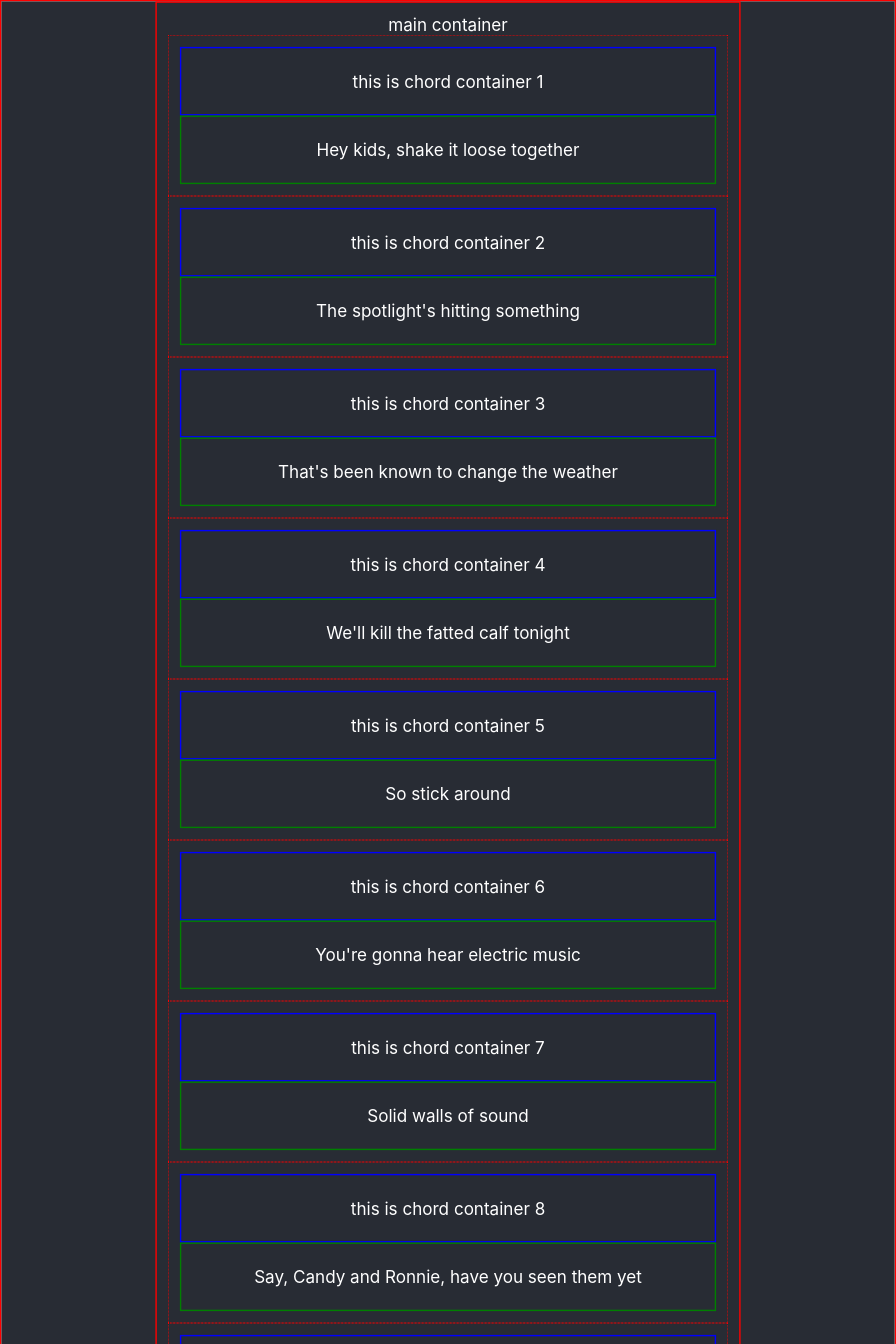
Repository: mattnoth/easy-nash-tab
Page: /
These files come from the project's save history. The page is drawn as it stood at one moment and after the next save; the edit follows.
The browser window is 1280 px wide. The pictures show the part of the page from y = 0 to 1920 px (the page is 10190 px tall before and 10020 px after), at 70% of full size.
The project was rebuilt for these pictures with package versions that can differ from the ones it lists, and the page was loaded fresh each time.

Above is the page before, as saved 2022-08-07 14:19:18.

### src/App.js
import './App.css';
import MainContainerLogic from './components/MainContainers/MainContainerLogic.js';

function App() {
  return (
    <div className="App">
      <header className="App-header">
        <MainContainerLogic />
      </header>
    </div>
  );
}

export default App;

### src/App.css
.App {
  text-align: center;
  border: 2px solid red;
}

.App-logo {
  height: 40vmin;
  pointer-events: none;
}


.App-header {
  background-color: #282c34;
  min-height: 100vh;
  display: flex;
  flex-direction: column;
  align-items: center;
  justify-content: center;
  font-size: calc(10px + 2vmin);
  color: white;
}

### src/components/MainContainers/MainContainerLogic.js
import { useState } from "react";
import React from 'react';
import { bennieAndTheJets } from '../../data/BennieAndTheJets'
import Main from '../MainContainers/Main.js'
import './mainContainerStyles.css'


function MainContainerLogic(props) {

    const [fullLyricString, setFullLyricsString] = useState('')
    const [lyricArray, setLyricArray] = useState([])
    const [currentLine, setCurrentLine] = useState([]);

    const splitLyrics = (lyrics) => {
        const arr = lyrics.split(/\r?\n/);
        setLyricArray(arr);
    }

    const createObject = (lyrics) => {
        let obj = {};
        let arr = [];

        for (let i = 0; i < lyrics.length; i++) {
            obj = {
                lyric: lyrics[i],
                currentId: i
            }
            arr.push(obj)
        }
        return arr;
    }

    if (fullLyricString == '') {
        setFullLyricsString(bennieAndTheJets);
    }

    if (fullLyricString && lyricArray.length === 0) {
        splitLyrics(fullLyricString);
    }

    let tempLyrics;

    if (lyricArray.length > 0) {
        if (lyricArray[0]) {
            return;
        } else {
            tempLyrics = createObject(lyricArray);

        }
    }

    if (tempLyrics) {
        tempLyrics.map((line) => {
            currentLine.push(line);
        })
    }

    return (
        <>
            <div className="mainContainer">
                main container
                {
                    currentLine.map((line) => {
                        if (line?.currentId === 0) {
                            return
                        } else {
                            return (
                                <div className="oneLine" key={"div " + line?.currentId}>
                                    <Main
                                        line={line}
                                        key={"main " + line?.currentId}
                                    />
                                </div>

                            )
                        }
                    })
                }
            </div>
        </>
    );
}

export default MainContainerLogic;

### src/data/BennieAndTheJets.js
export const bennieAndTheJets = `
Hey kids, shake it loose together
The spotlight's hitting something
That's been known to change the weather
We'll kill the fatted calf tonight
So stick around
You're gonna hear electric music
Solid walls of sound
Say, Candy and Ronnie, have you seen them yet
Ohh, but they're so spaced out, B-b-b-b Bennie and the Jets
Oh but they're weird and they're wonderful
Oh Bennie she's really keen
She's got electric boots a mohair suit
You know I read it in a magazine
Oh oh, B - b - b - b Bennie and the Jets
Bennie, Bennie and the Jets
Hey kids, plug into the faithless
Maybe they're blinded
But Bennie makes them ageless
We shall survive, let us take ourselves along
Where we fight our parents out in the streets
To find who's right and who's wrong
Say, Candy and Ronnie, have you seen them yet
Ohh, but they're so spaced out, B-b-b-b Bennie and the Jets
Oh but they're weird and they're wonderful
Oh Bennie she's really keen
She's got electric boots a mohair suit
You know I read it in a magazine
Oh oh, B - b - b - b Bennie and the Jets
Bennie, Bennie and the Jets
Hey kids, plug into the faithless
Maybe they're blinded
But Bennie makes them ageless
We shall survive, let us take ourselves along
Where we fight our parents out in the streets
To find who's right and who's wrong
Say, Candy and Ronnie, have you seen them yet
Ohh, but they're so spaced out, B-b-b-b Bennie and the Jets
Oh but they're weird and they're wonderful
Oh Bennie she's really keen
She's got electric boots a mohair suit
You know I read it in a magazine
Oh oh, B - b - b - b Bennie and the Jets
Bennie, Bennie, Bennie, Bennie and the Jets
Bennie and the Jets`

### src/components/MainContainers/Main.js
import React from 'react';
import ChordContainer from '../ChordContainer/ChordContainer.js';
import LyricContainer from '../LyricContainer/LyricContainer.js'
import './mainContainerStyles.css'

function Main({ line }) {
    return (
        <>
            <ChordContainer
                line={line}

            />
            <LyricContainer
                line={line} />
        </>
    );
}

export default Main;

### src/components/MainContainers/mainContainerStyles.css
.mainContainer {
    padding: 1rem;
    display: flex;
    flex-direction: column;
    border: 2px solid red;
}

.oneLine {
    border: 1px dotted red;
    padding: 1rem;
}

.chordContainer {
    border: 2px solid blue;
    padding: 2rem;
}

.lyricContainer {
    border: 2px solid green;
    padding: 2rem;
}

### src/components/ChordContainer/ChordContainer.js
import React from 'react';

function ChordContainer({ line }) {
    return (
        <div className="chordContainer">
            this is chord container {line?.currentId}
        </div>
    );
}

export default ChordContainer;

### src/components/LyricContainer/LyricContainer.js
import React from 'react';

function LyricContainer({ line }) {
    return (
        <div
            className="lyricContainer"> {line?.lyric}
        </div>
    );
}

export default LyricContainer;

Loaded but not shown: public/index.html (common file); src/index.js (common file); src/index.css (common file); src/reportWebVitals.js (common file)

After the next save:
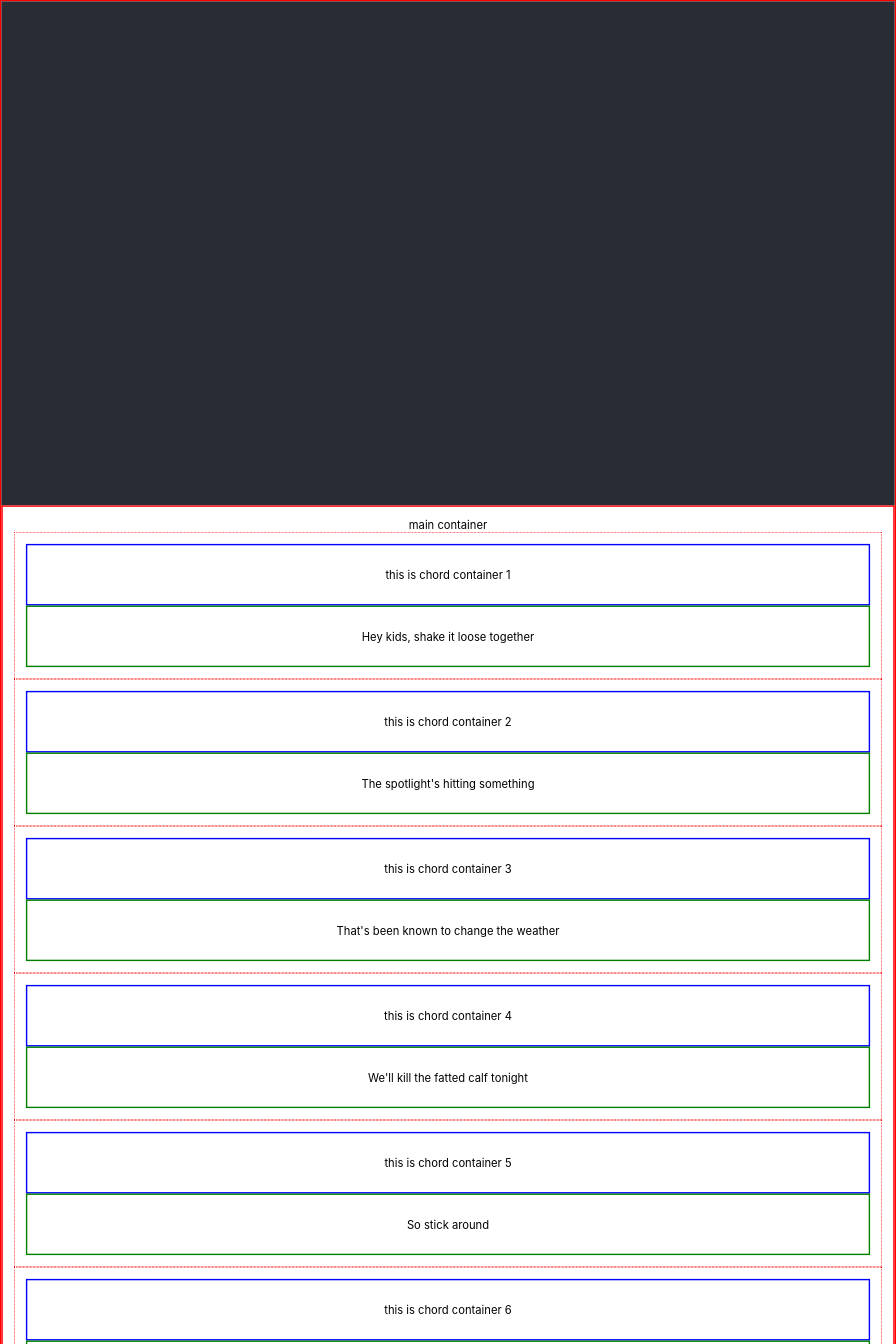
Saved 43 s later.
--- a/src/App.js
+++ b/src/App.js
@@ -5,8 +5,9 @@
   return (
     <div className="App">
       <header className="App-header">
-        <MainContainerLogic />
       </header>
+      <MainContainerLogic />
+
     </div>
   );
 }

After the save that followed:
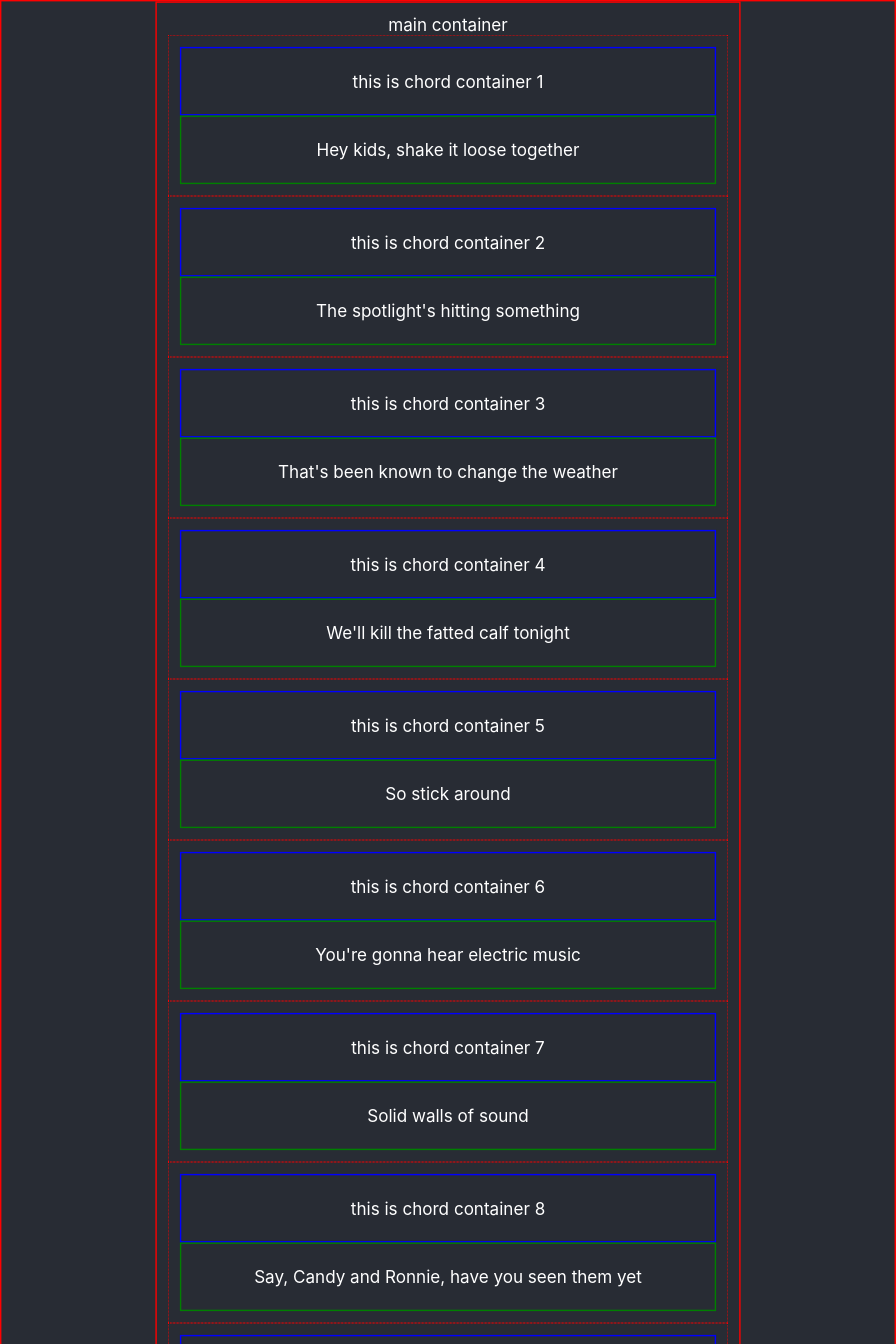
Saved 34 s later.
--- a/src/App.css
+++ b/src/App.css
@@ -1,7 +1,16 @@
 .App {
   text-align: center;
   border: 2px solid red;
+  background-color: #282c34;
+  min-height: 100vh;
+  display: flex;
+  flex-direction: column;
+  align-items: center;
+  justify-content: center;
+  font-size: calc(10px + 2vmin);
+  color: white;
 }
+
 
 .App-logo {
   height: 40vmin;
@@ -11,11 +20,6 @@
 
 .App-header {
   background-color: #282c34;
-  min-height: 100vh;
-  display: flex;
-  flex-direction: column;
-  align-items: center;
-  justify-content: center;
-  font-size: calc(10px + 2vmin);
-  color: white;
+
+
 }
